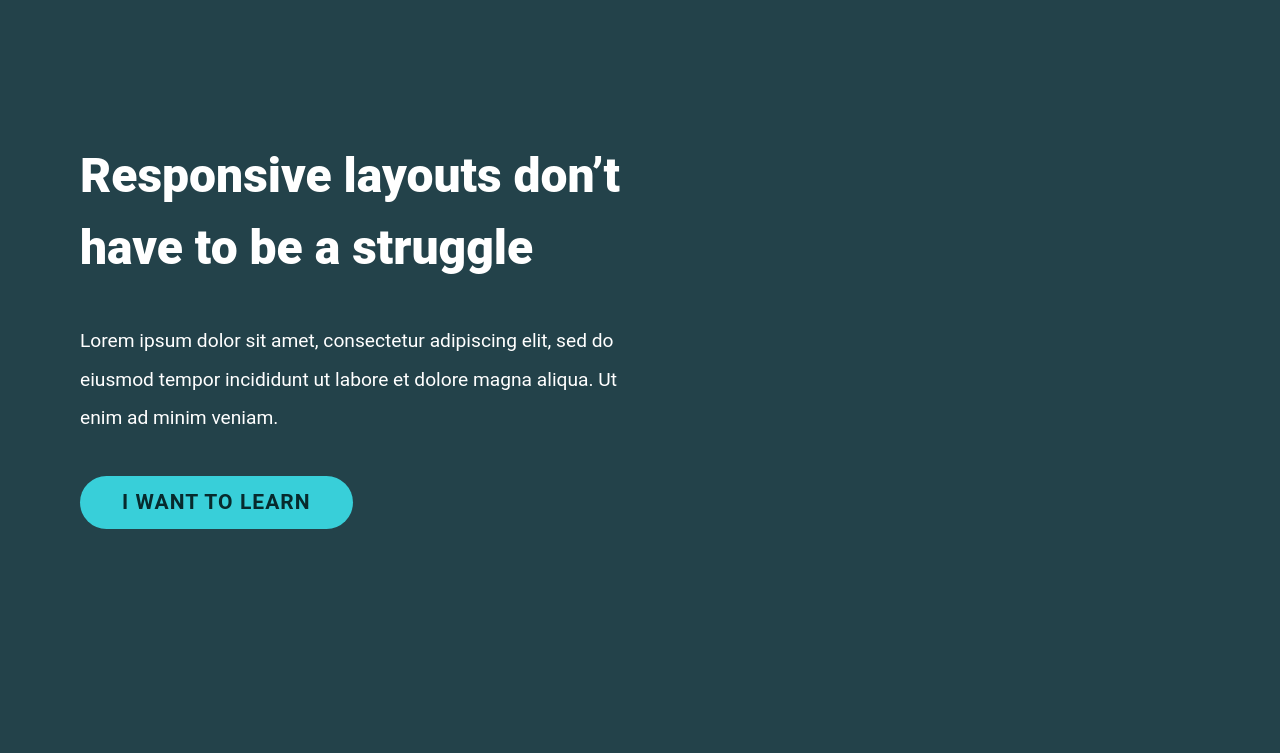
Repository: GregG21/Kevin-Powell-21-day-challange
Page: Day 5/index.html
An editor plug-in stored every save of this project. The page is shown before and after the next save, followed by the edit.
The browser window is 1280 px wide. The pictures show the whole page.
The style sheet was rebuilt from its Sass, Less or Tailwind sources for each picture, by a compiler version that may differ from the author's.

Above is the page before, as saved 2020-09-09 18:42:41.

After the next save:
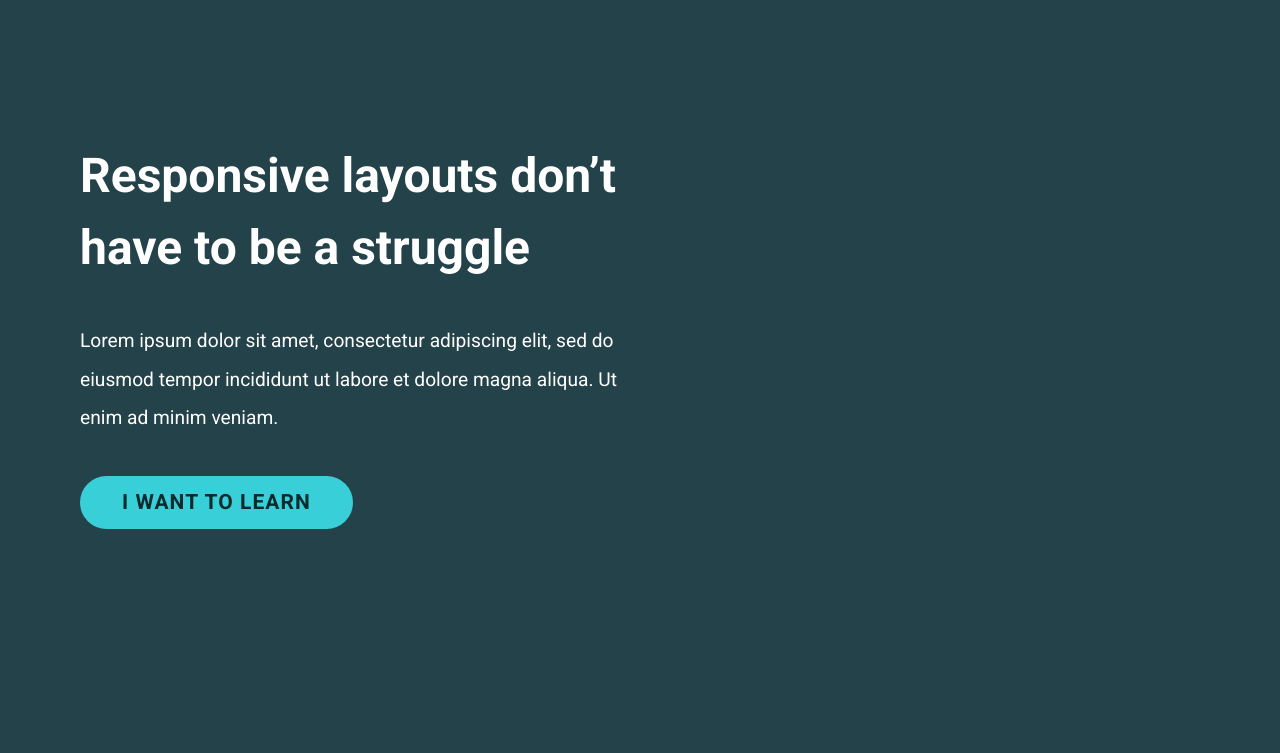
Saved 55 min 4 s later.
--- a/Day 5/index.html
+++ b/Day 5/index.html
@@ -5,6 +5,7 @@
     <meta name="viewport" content="width=device-width, initial-scale=1.0">
     <title>Document</title>
     <link rel="stylesheet" href="/css/style.css">
+    <link href="https://fonts.googleapis.com/css2?family=Roboto:wght@400;700&display=swap" rel="stylesheet">
 </head>
 <body>
     <div class="container">
